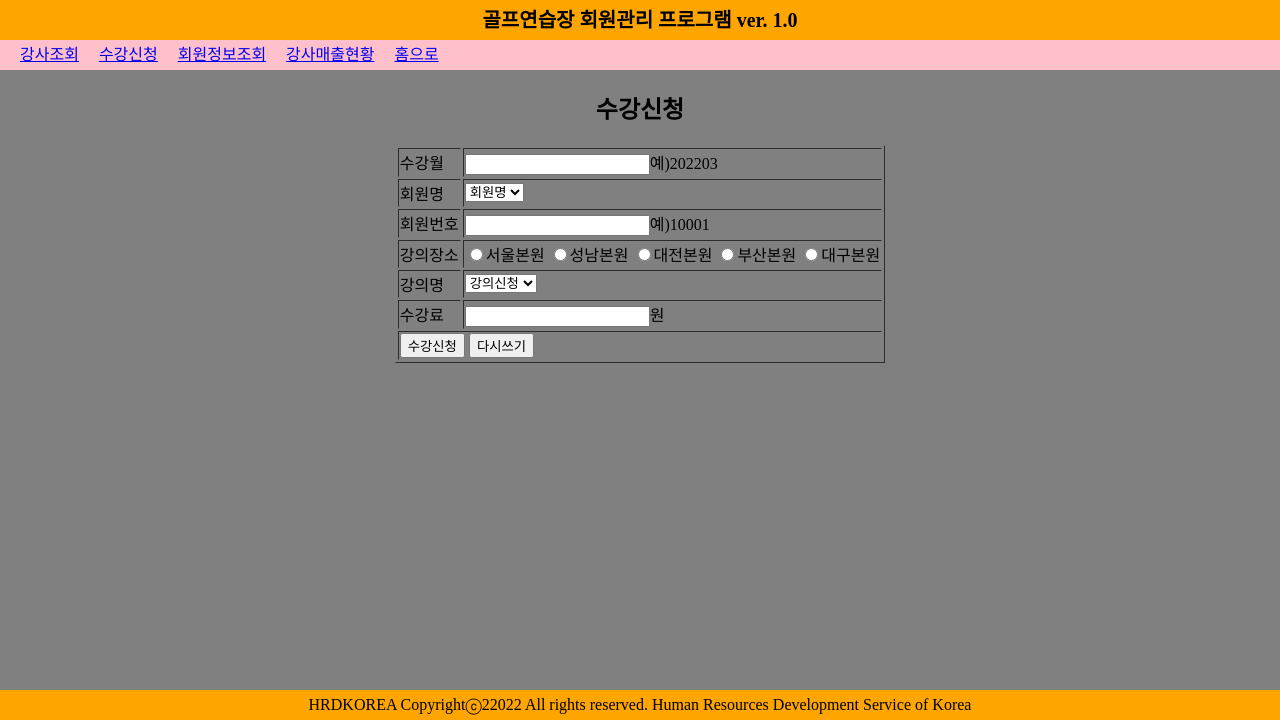
Repository: leesuyeon116/HRD_3
Page: http://localhost/HRD_0505/insert.jsp
These files come from the project's save history. The page is drawn as it stood at one moment and after the next save; the edit follows.
The browser window is 1280 px wide. The pictures show the whole page.
The page is served by Tomcat 9.

Above is the page before, as saved 2024-05-05 10:33:58.
Console error: SyntaxError: Unexpected end of input

After the next save:
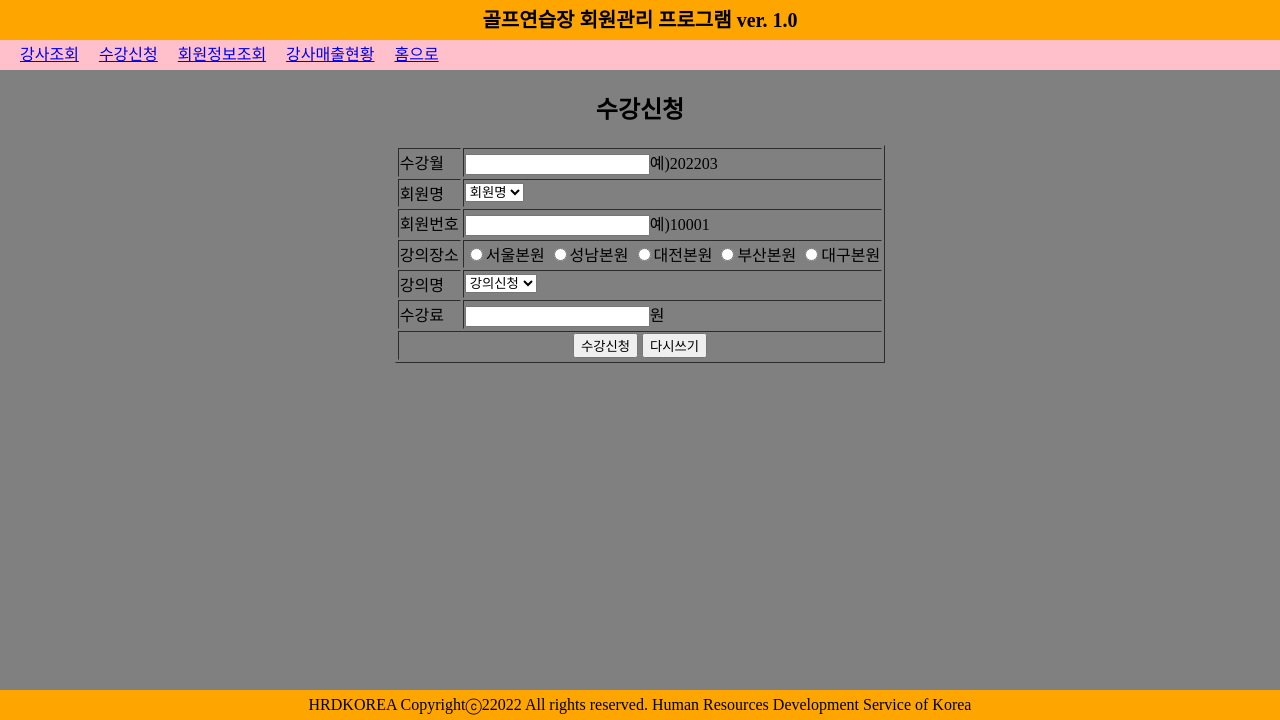
Saved 18 s later.
--- a/workspace/HRD_0505/src/main/webapp/insert.jsp
+++ b/workspace/HRD_0505/src/main/webapp/insert.jsp
@@ -67,7 +67,7 @@
 			</tr>
 
 			<tr>
-				<td colspan="2">
+				<td colspan="2" style="text-align: center">
 					<input type="button" value="수강신청" onclick="insert()">
 					<input type="button" value="다시쓰기" onclick="res()">
 				</td>
